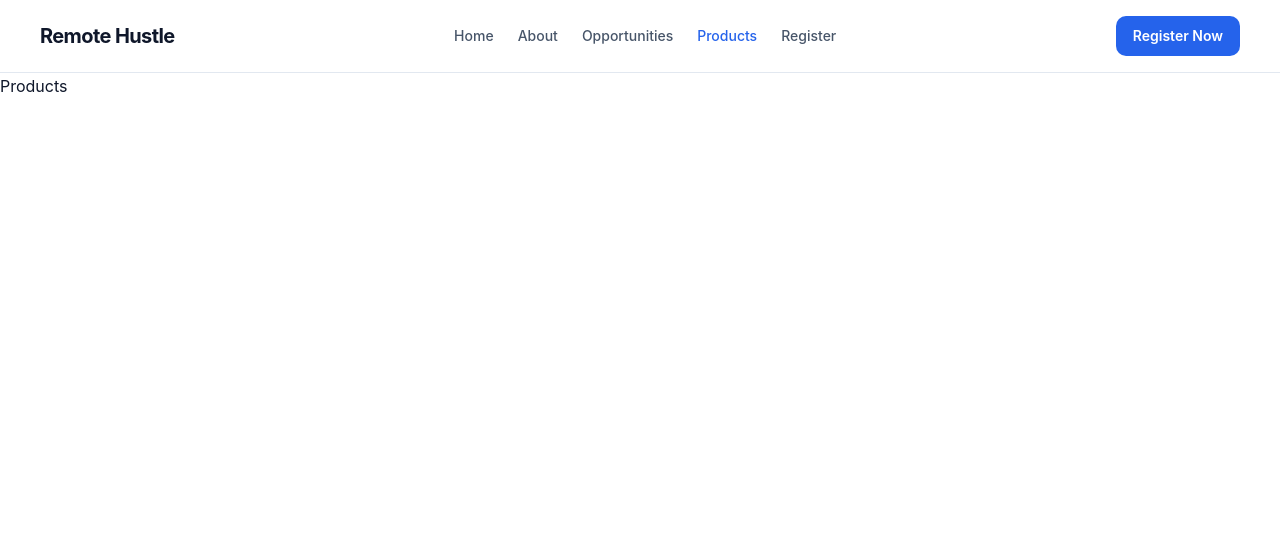
Repository: Lovethrech/remote-hustle
Page: /products
The author's editor kept a copy of each file at every save. The page is drawn from the files as they stood at one save, then again after the next save.
The browser window is 1280 px wide. The pictures show the part of the page from y = 0 to 545 px (the page is 1041 px tall before and 1456 px after).
Pictures or frames that could not be fetched are drawn as grey boxes. The project was rebuilt for these pictures with package versions that can differ from the ones it lists, and the page was loaded fresh each time. The framework's server and built-in components were replaced by stand-ins that run in the browser. Also part of the build but not shown: nuxt.config.ts, app/components/molecules/FeatureCard.vue, app/components/molecules/OpportunityCard.vue, app/components/molecules/StepCard.vue, app/components/organisms/FinalCta.vue, app/components/organisms/HeroSection.vue, app/components/organisms/HowItWorks.vue, app/components/organisms/OfferSection.vue.

Above is the page before, as saved 2026-08-26 20:54:45.

### app/assets/css/global.css
html {
    font-size: 16px;
}

body {
    background: var(--color-background);
    color: var(--color-text);
    font-family: var(--font-family-base);
    font-size: var(--font-size-base);
    font-weight: var(--font-weight-regular);
    line-height: var(--line-height-body);
    overflow-x: hidden;
    -webkit-font-smoothing: antialiased;
    -moz-osx-font-smoothing: grayscale;
}

::selection {
    background: var(--color-primary);
    color: var(--color-white);
}

/* Typography */

h1,
h2,
h3,
h4,
h5,
h6 {
    color: var(--color-gray-900);
    font-weight: var(--font-weight-bold);
    line-height: var(--line-height-heading);
}

h1 {
    font-size: clamp(2.5rem, 8vw, 4.5rem);
    line-height: var(--line-height-tight);
    letter-spacing: -0.04em;
}

h2 {
    font-size: clamp(2rem, 5vw, 3rem);
    letter-spacing: -0.03em;
}

h3 {
    font-size: clamp(1.25rem, 3vw, 1.5rem);
}

p {
    color: var(--color-text-muted);
}

strong {
    color: var(--color-text);
    font-weight: var(--font-weight-semibold);
}

/* Accessible focus */

a:focus-visible,
button:focus-visible,
input:focus-visible,
textarea:focus-visible,
select:focus-visible {
    outline: 3px solid rgba(37, 99, 235, 0.3);
    outline-offset: 3px;
}

/* Form defaults */

input,
textarea,
select {
    width: 100%;
    color: var(--color-text);
}

textarea {
    resize: vertical;
}

/* Main page */

main {
    min-height: calc(100vh - var(--header-height));
}

/* Standard section */

.section {
    padding-block: var(--space-16);
}

.section--soft {
    background: var(--color-background-soft);
}

/* Container */

.container {
    width: min(
        calc(100% - (var(--container-padding) * 2)),
        var(--container-width)
    );

    margin-inline: auto;
}

/* Section headings */

.section-heading {
    max-width: 680px;
    margin-bottom: var(--space-10);
}

.section-heading--center {
    margin-inline: auto;
    text-align: center;
}

.section-heading__eyebrow {
    display: inline-block;
    margin-bottom: var(--space-3);

    color: var(--color-primary);
    font-size: var(--font-size-sm);
    font-weight: var(--font-weight-bold);
    letter-spacing: 0.08em;
    text-transform: uppercase;
}

.section-heading__title {
    margin-bottom: var(--space-4);
}

.section-heading__description {
    max-width: 620px;
    font-size: var(--font-size-lg);
}

/* Responsive */

@media (min-width: 768px) {
    :root {
        --container-padding: 2rem;
    }

    .section {
        padding-block: var(--space-20);
    }
}

@media (min-width: 1024px) {
    .section {
        padding-block: var(--space-24);
    }
}

### app/assets/css/reset.css
*,
*::before,
*::after{
    box-sizing: border-box;
}

*{
    margin:0;
    padding:0;
}

html{
    scroll-behavior: smooth;
    -webkit-text-size-adjust: 100%;
}

body{
    min-height: 100vh;
}

img,
picture,
svg,
video,
canvas{
    display: block;
    max-width: 1005;
}

input,
button,
textarea,
select{
    font: inherit;
}

button{
    border: 0;
    background: none;
    cursor: pointer;
}

a{
    color: inherit;
    text-decoration: none;
}

ul,
ol{
    list-style: none;
}

table{
    border-collapse: collapse;
    border-spacing:0;
}

### app/assets/css/variables.css
:root{
    /* Brand */
    --color-primary: #2563eb;
    --color-primary-dark: #1d4ed8;
    --color-primary-light: #eff6ff;

    --color-secondary:  #0f172a;

    /* Neutral */
    --color-white: #ffffff;
    --color-black: #000000;

    --color-gray-50: #f8fafc;
    --color-grap-100: #f1f5f9;
    --color-gray-200: #e2e8f0;
    --color-gray-300: #cbd5e1;
    --color-gray-400: #94a3b8;
    --color-gray-500: #64748b;
    --color-gray-600: #475569;
    --color-gray-700: #334155;
    --color-gray-800: #1e293b;
    --color-gray-900: #0f172a;

    /* Text */
    --color-text: var(--color-gray-900);
    --color-text-muted: var(--color-gray-600);

    /* Background */
    --color-background: var(--color-white);
    --color-background-soft: var(--color-gray-50);

    /* Status */
    --color-success: #16a34a;
    --color-danger: #dc2626;
    --color-warning: #d97706;

    /* Typography */
    --font-family-base:
        Inter,
        -apple-system,
        BlinkMacSystemFont,
        "Segoe UI",
        Roboto,
        Helvetica,
        Arial,
        sans-serif;

    --font-size-xs: 0.75rem;
    --font-size-sm: 0.875rem;
    --font-size-base: 1rem;
    --font-size-lg: 1.125rem;
    --font-size-xl: 1.25rem;
    --font-size-2xl: 1.5rem;
    --font-size-3xl: 1.875rem;
    --font-size-4xl: 2.25rem;
    --font-size-5xl: 3rem;
    --font-size-6xl: 3.75rem;

    /* Font weights */
    --font-weight-regular: 400;
    --font-weight-medium: 500;
    --font-weight-semibold: 600;
    --font-weight-bold: 700;

    /* Line heights */
    --line-height-tight: 1.15;
    --line-height-heading: 1.25;
    --line-height-body: 1.7;

    /* Spacing */
    --space-1: 0.25rem;
    --space-2: 0.5rem;
    --space-3: 0.75rem;
    --space-4: 1rem;
    --space-5: 1.25rem;
    --space-6: 1.5rem;
    --space-8: 2rem;
    --space-10: 2.5rem;
    --space-12: 3rem;
    --space-16: 4rem;
    --space-20: 5rem;
    --space-24: 6rem;

    /* Radius */
    --radius-sm: 0.375rem;
    --radius-md: 0.625rem;
    --radius-lg: 1rem;
    --radius-xl: 1.5rem;
    --radius-pill: 9999px;

    /* Shadows */
    --shadow-sm:
        0 1px 2px rgba(15, 23, 42, 0.05);

    --shadow-md:
        0 8px 24px rgba(15, 23, 42, 0.08);

    --shadow-lg:
        0 20px 50px rgba(15, 23, 42, 0.12);

    /* Layout */
    --container-width: 1200px;
    --container-padding: 1.25rem;

    /* Header */
    --header-height: 72px;

    /* Transitions */
    --transition-fast: 150ms ease;
    --transition-base: 250ms ease;
}

### app/assets/css/utilities.css
/* Display */

.hidden {
    display: none;
}

.block {
    display: block;
}

.flex {
    display: flex;
}

.grid {
    display: grid;
}

/* Flex */

.items-center {
    align-items: center;
}

.justify-center {
    justify-content: center;
}

.justify-between {
    justify-content: space-between;
}

.flex-column {
    flex-direction: column;
}

.flex-wrap {
    flex-wrap: wrap;
}

/* Gap */

.gap-2 {
    gap: var(--space-2);
}

.gap-3 {
    gap: var(--space-3);
}

.gap-4 {
    gap: var(--space-4);
}

.gap-6 {
    gap: var(--space-6);
}

.gap-8 {
    gap: var(--space-8);
}

/* Text */

.text-center {
    text-align: center;
}

.text-left {
    text-align: left;
}

.text-primary {
    color: var(--color-primary);
}

.text-muted {
    color: var(--color-text-muted);
}

/* Width */

.w-full {
    width: 100%;
}

/* Screen-reader-only content */

.sr-only {
    position: absolute;

    width: 1px;
    height: 1px;
    padding: 0;
    margin: -1px;

    overflow: hidden;

    clip: rect(0, 0, 0, 0);
    white-space: nowrap;

    border: 0;
}

### app/components/atoms/BaseButton.vue
<script setup>
const props = defineProps({
    to: {
        type: String,
        default: ''
    },

    variant: {
        type: String,
        default: 'primary',
        validator: value => ['primary', 'secondary'].includes(value)
    },

    size: {
        type: String,
        default: 'md',
        validator: value => ['sm', 'md', 'lg'].includes(value)
    },

    block: {
        type: Boolean,
        default: false
    }
})
</script>

<template>
    <NuxtLink
        v-if="to"
        :to="to"
        class="base-button"
        :class="[
        `base-button--${variant}`,
        `base-button--${size}`,
        { 'base-button--block': block }
        ]"
    >
        <slot />
    </NuxtLink>

    <button
        v-else
        type="button"
        class="base-button"
        :class="[
        `base-button--${variant}`,
        `base-button--${size}`,
        { 'base-button--block': block }
        ]"
    >
        <slot />
    </button>
</template>

<style scoped>
.base-button {
    display: inline-flex;
    align-items: center;
    justify-content: center;

    border: 1px solid transparent;
    border-radius: var(--radius-md);

    font-weight: var(--font-weight-semibold);
    line-height: 1;

    transition:
        background var(--transition-fast),
        color var(--transition-fast),
        border-color var(--transition-fast),
        transform var(--transition-fast);
}

.base-button:hover {
    transform: translateY(-2px);
}

/* Variants */

.base-button--primary {
    color: var(--color-white);
    background: var(--color-primary);
}

.base-button--primary:hover {
    background: var(--color-primary-dark);
}

.base-button--secondary {
    color: var(--color-gray-900);
    background: var(--color-white);

    border-color: var(--color-gray-300);
}

.base-button--secondary:hover {
    border-color: var(--color-primary);
    color: var(--color-primary);
}

/* Sizes */

.base-button--sm {
    min-height: 40px;
    padding-inline: var(--space-4);

    font-size: var(--font-size-sm);
}

.base-button--md {
    min-height: 46px;
    padding-inline: var(--space-5);

    font-size: var(--font-size-sm);
}

.base-button--lg {
    min-height: 52px;
    padding-inline: var(--space-6);

    font-size: var(--font-size-base);
}

.base-button--block {
    width: 100%;
}
</style>

### app/components/organisms/SiteFooter.vue
<script setup>
const currentYear = new Date().getFullYear()

const footerLinks = [
    { label: 'Home', to: '/' },
    { label: 'About', to: '/about' },
    { label: 'Opportunities', to: '/opportunities' },
    { label: 'Products', to: '/products' },
    { label: 'Register', to: '/register' }
]
</script>

<template>
    <footer class="site-footer">
        <div class="container">
            <div class="site-footer__top">
                <div class="site-footer__brand">
                    <NuxtLink
                        to="/"
                        class="site-footer__logo"
                    >
                        Remote Hustle
                    </NuxtLink>

                    <p class="site-footer__description">
                        Build practical skills, gain experience, get certified
                        and access career opportunities.
                    </p>
                </div>

                <nav
                    class="site-footer__nav"
                    aria-label="Footer navigation"
                >
                    <NuxtLink
                        v-for="link in footerLinks"
                        :key="link.to"
                        :to="link.to"
                        class="site-footer__link"
                    >
                        {{ link.label }}
                    </NuxtLink>
                </nav>

                <div class="site-footer__cta">
                    <p class="site-footer__cta-label">
                        Ready to get started?
                    </p>

                    <BaseButton
                        to="/register"
                        variant="primary"
                        size="md"
                    >
                        Register Now
                    </BaseButton>
                </div>
            </div>

            <div class="site-footer__bottom">
                <p>
                    © {{ currentYear }} Remote Hustle. All rights reserved.
                </p>
            </div>
        </div>
    </footer>
</template>

<style scoped>
.site-footer {
    background: var(--color-secondary);
    color: var(--color-white);
    padding-top: var(--space-12);
}

.site-footer__top {
    display: grid;
    gap: var(--space-10);
    padding-bottom: var(--space-10);
}

.site-footer__brand {
    max-width: 420px;
}

.site-footer__logo {
    display: inline-block;
    margin-bottom: var(--space-4);
    color: var(--color-white);
    font-size: var(--font-size-xl);
    font-weight: var(--font-weight-bold);
    letter-spacing: -0.03em;
}

.site-footer__description {
    color: var(--color-gray-300);
}

.site-footer__nav {
    display: flex;
    flex-direction: column;
    gap: var(--space-3);
}

.site-footer__link {
    width: fit-content;
    color: var(--color-gray-300);
    font-size: var(--font-size-sm);
    font-weight: var(--font-weight-medium);
    transition: color var(--transition-fast);
}

.site-footer__link:hover,
.site-footer__link.router-link-active {
    color: var(--color-white);
}

.site-footer__cta {
    display: flex;
    flex-direction: column;
    align-items: flex-start;
    gap: var(--space-4);
}

.site-footer__cta-label {
    color: var(--color-gray-300);
    font-size: var(--font-size-sm);
}

.site-footer__bottom {
    padding-block: var(--space-5);
    border-top: 1px solid rgba(255, 255, 255, 0.1);
}

.site-footer__bottom p {
    color: var(--color-gray-400);
    font-size: var(--font-size-sm);
}

@media (min-width: 768px) {
    .site-footer__top {
        grid-template-columns:
            minmax(0, 1.5fr)
            minmax(180px, 0.8fr)
            minmax(220px, 0.8fr);

        align-items: start;
    }
}
</style>

### app/layouts/default.vue
<template>
    <div class="app-shell">
        <OrganismsSiteHeader />
        <div class="app-shell__content">
            <slot />
        </div>
        <OrganismsSiteFooter />
    </div>
</template>

<style scoped>
.app-shell {
    min-height: 100vh;
    display: flex;
    flex-direction: column;
}

.app-shell__content {
    flex: 1;
}
</style>

### app/pages/products.vue
<template>
    <main>
        Products
    </main>
</template>

### app/components/molecules/PageHero.vue
<script setup>
defineProps({
    eyebrow: {
        type: String,
        default: ''
    },

    title: {
        type: String,
        required: true
    },

    description: {
        type: String,
        default: ''
    }
})
</script>

<template>
    <section class="page-hero">
        <div class="container">
            <div class="page-hero__content">
                <span
                    v-if="eyebrow"
                    class="page-hero__eyebrow"
                >
                    {{ eyebrow }}
                </span>

                <h1 class="page-hero__title">
                    {{ title }}
                </h1>

                <p
                    v-if="description"
                    class="page-hero__description"
                >
                    {{ description }}
                </p>
            </div>
        </div>
    </section>
</template>

<style scoped>
.page-hero {
    padding-block:
        var(--space-12)
        var(--space-10);
    background:
        radial-gradient(
        circle at 90% 20%,
        rgba(37, 99, 235, 0.1),
        transparent 35%
        ),
        var(--color-gray-50);
    border-bottom: 1px solid var(--color-gray-200);
}

.page-hero__content {
    max-width: 760px;
}

.page-hero__eyebrow {
    display: inline-block;
    margin-bottom: var(--space-3);
    color: var(--color-primary);
    font-size: var(--font-size-sm);
    font-weight: var(--font-weight-bold);
    letter-spacing: 0.08em;
    text-transform: uppercase;
}

.page-hero__title {
    margin-bottom: var(--space-4);
    font-size: clamp(2.25rem, 7vw, 4rem);
}

.page-hero__description {
    max-width: 680px;
    font-size: var(--font-size-lg);
}

@media (min-width: 768px) {
    .page-hero {
        padding-block:
            var(--space-16)
            var(--space-12);
    }
}
</style>

### app/components/molecules/ProductCard.vue
<script setup>
defineProps({
  image: {
    type: String,
    required: true
  },

  name: {
    type: String,
    required: true
  },

  description: {
    type: String,
    required: true
  },

  price: {
    type: Number,
    required: true
  },

  checkoutUrl: {
    type: String,
    required: true
  }
})

const formatPrice = price => {
  return new Intl.NumberFormat('en-NG', {
    style: 'currency',
    currency: 'NGN',
    maximumFractionDigits: 0
  }).format(price)
}
</script>

<template>
  <article class="product-card">
    <div class="product-card__image-wrapper">
      <img
        :src="image"
        :alt="name"
        class="product-card__image"
        loading="lazy"
      >
    </div>

    <div class="product-card__content">
      <h2 class="product-card__title">
        {{ name }}
      </h2>

      <p class="product-card__description">
        {{ description }}
      </p>

      <div class="product-card__bottom">
        <strong class="product-card__price">
          {{ formatPrice(price) }}
        </strong>

        <a
          :href="checkoutUrl"
          target="_blank"
          rel="noopener noreferrer"
          class="product-card__buy"
        >
          Buy Now
        </a>
      </div>
    </div>
  </article>
</template>

<style scoped>
.product-card {
  height: 100%;

  display: flex;
  flex-direction: column;

  overflow: hidden;

  background: var(--color-white);

  border: 1px solid var(--color-gray-200);
  border-radius: var(--radius-lg);

  transition:
    transform var(--transition-base),
    box-shadow var(--transition-base),
    border-color var(--transition-base);
}

.product-card:hover {
  transform: translateY(-4px);

  border-color: var(--color-gray-300);

  box-shadow: var(--shadow-md);
}

.product-card__image-wrapper {
  aspect-ratio: 4 / 3;

  overflow: hidden;

  background: var(--color-gray-100);
}

.product-card__image {
  width: 100%;
  height: 100%;

  object-fit: cover;

  transition: transform var(--transition-base);
}

.product-card:hover .product-card__image {
  transform: scale(1.03);
}

.product-card__content {
  flex: 1;

  display: flex;
  flex-direction: column;

  padding: var(--space-6);
}

.product-card__title {
  margin-bottom: var(--space-3);

  font-size: var(--font-size-xl);
}

.product-card__description {
  margin-bottom: var(--space-6);
}

.product-card__bottom {
  margin-top: auto;

  display: flex;
  align-items: center;
  justify-content: space-between;

  gap: var(--space-4);
}

.product-card__price {
  color: var(--color-gray-900);

  font-size: var(--font-size-lg);
}

.product-card__buy {
  min-height: 44px;

  display: inline-flex;
  align-items: center;
  justify-content: center;

  padding-inline: var(--space-5);

  color: var(--color-white);
  background: var(--color-primary);

  border-radius: var(--radius-md);

  font-size: var(--font-size-sm);
  font-weight: var(--font-weight-semibold);

  transition:
    background var(--transition-fast),
    transform var(--transition-fast);
}

.product-card__buy:hover {
  background: var(--color-primary-dark);

  transform: translateY(-1px);
}
</style>

Loaded but not shown: app/app.vue (common file); app/data/products.js (26 lines, source omitted); app/components/organisms/SiteHeader.vue (288 lines, source omitted)

After the next save:
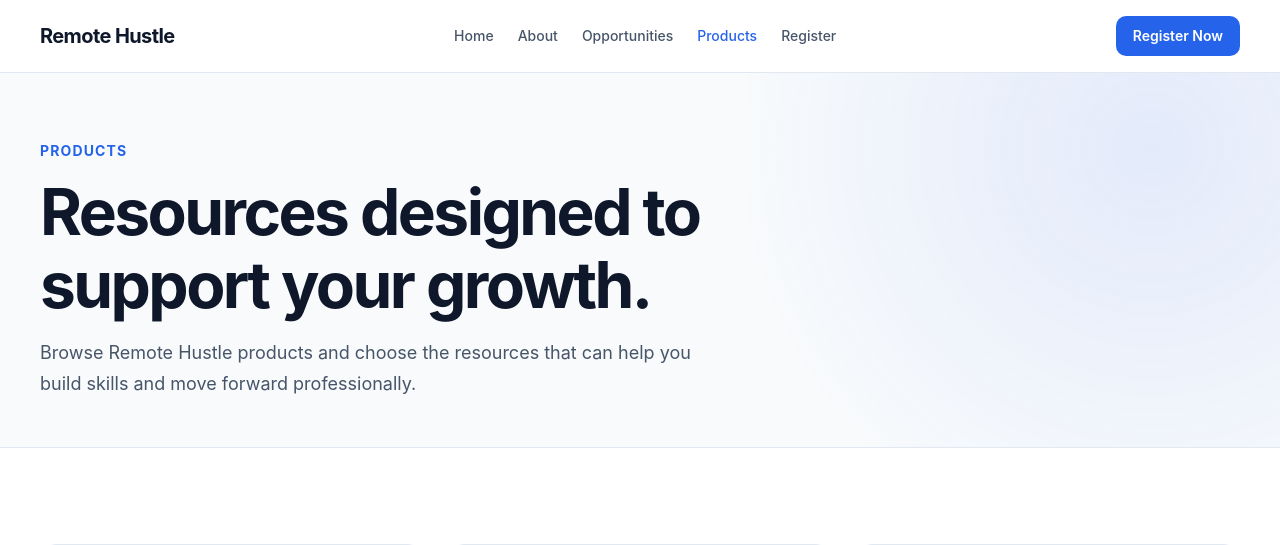
Saved 24 s later.
--- a/app/pages/products.vue
+++ b/app/pages/products.vue
@@ -1,5 +1,97 @@
+<script setup>
+import { products } from '~/data/products'
+
+useSeoMeta({
+  title: 'Products',
+  description:
+    'Browse Remote Hustle products, resources and career development materials.'
+})
+</script>
+
 <template>
-    <main>
-        Products
-    </main>
+  <main>
+    <PageHero
+      eyebrow="Products"
+      title="Resources designed to support your growth."
+      description="Browse Remote Hustle products and choose the resources that can help you build skills and move forward professionally."
+    />
+
+    <section class="section products">
+      <div class="container">
+        <div
+          v-if="products.length"
+          class="products__grid"
+        >
+          <ProductCard
+            v-for="product in products"
+            :key="product.id"
+            :image="product.image"
+            :name="product.name"
+            :description="product.description"
+            :price="product.price"
+            :checkout-url="product.checkoutUrl"
+          />
+        </div>
+
+        <div
+          v-else
+          class="products__empty"
+        >
+          <h2>No products available yet.</h2>
+
+          <p>
+            Please check back soon for new Remote Hustle products.
+          </p>
+        </div>
+      </div>
+    </section>
+  </main>
 </template>
+
+<style scoped>
+.products {
+  background: var(--color-white);
+}
+
+.products__grid {
+  display: grid;
+  grid-template-columns: 1fr;
+
+  gap: var(--space-5);
+}
+
+.products__empty {
+  max-width: 560px;
+
+  margin-inline: auto;
+
+  padding: var(--space-10);
+
+  text-align: center;
+
+  background: var(--color-gray-50);
+
+  border: 1px solid var(--color-gray-200);
+  border-radius: var(--radius-lg);
+}
+
+.products__empty h2 {
+  margin-bottom: var(--space-3);
+
+  font-size: var(--font-size-2xl);
+}
+
+@media (min-width: 640px) {
+  .products__grid {
+    grid-template-columns: repeat(2, 1fr);
+  }
+}
+
+@media (min-width: 1024px) {
+  .products__grid {
+    grid-template-columns: repeat(3, 1fr);
+
+    gap: var(--space-6);
+  }
+}
+</style>
